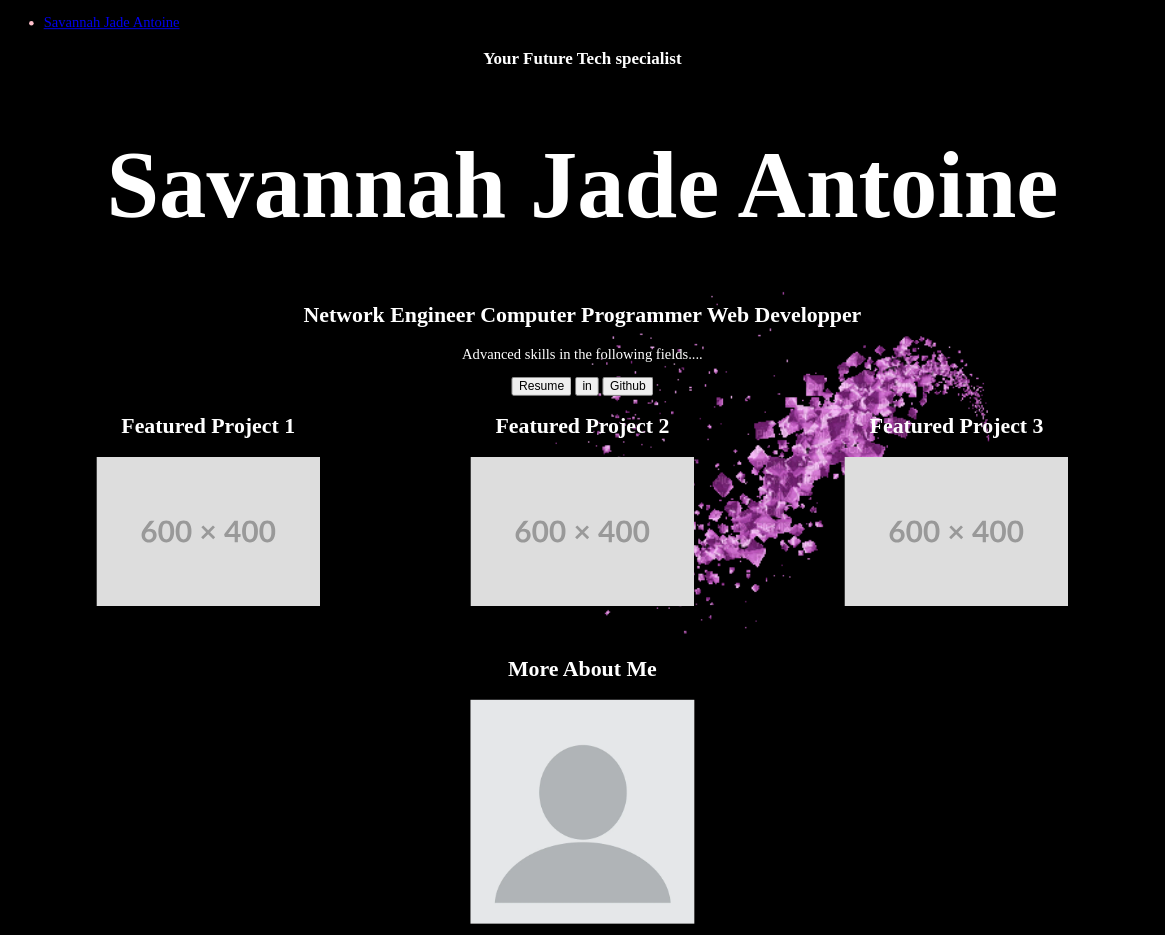
Repository: Savannah-Antoine/Savannah-Antoine
Page: index.html
An editor plug-in stored every save of this project. The page is shown before and after the next save, followed by the edit.
The browser window is 1280 px wide. The pictures show the whole page, at 91% of full size.

Above is the page before, as saved 2026-05-05 15:15:55.

### index.html
<!DOCTYPE html>
<html lang="en">
<head>
    <meta charset="UTF-8">
    <meta name="viewport" content="width=device-width, initial-scale=1.0">
    <link rel = "stylesheet" href = "./styles/index.css" />
    <link rel = "stylesheet" href = "./styles/globals.css" />
    <title>Document</title>
</head>
<body>
<header>
    <nav>
        <ul class = "homeButton">
           <li><a   href = "index.html">Savannah Jade Antoine</a></li>
        </ul>
</nav>
<h3>Your Future Tech specialist</h3>
<h1> Savannah Jade Antoine</h1>
<h2>Network Engineer Computer Programmer Web Developper</h2>
<p> Advanced skills in the following fields....</p>
<button>Resume</button>
<button>in</button>
<button>Github</button>

</header>
<main class = "container">

<section >
<h2>Featured Project 1</h2>
<img src = "./assets/images/placeholder1.svg" alt = "First Portfolio placeholder image" />

</section>

<section>
<h2>Featured Project 2</h2>
<img src = "./assets/images/placeholder1.svg" alt = "Second Portfolio placeholder image" />
</section>
<section>
<h2>Featured Project 3</h2>
<img src = "./assets/images/placeholder1.svg" alt = "Third Portfolio placeholder image" />
</section>

<section>
<h2>More About Me</h2>
<img src = "./assets/images/profilepic.png" alt = "profile picture" />
</section>

</main>

</body>
</html>

### styles/index.css
.container{
   display:flex;
   flex-direction:column;
    justify-content: center;
    gap:2rem;


}
body h1{
    font-size: 3rem;

}

img{
    width: 65%;
    height:auto;
}

@media screen and (min-width: 768px)
{
    body h1{
    font-size: 6.5rem;
}
    section{

    width: 30%;
}

    .container{
          display:flex;
          flex-direction: row;
          flex-wrap: wrap;
          justify-content: center;

    }
}

@media screen and (min-width: 1000px)
{

}

### styles/globals.css
body {
    background-color: black;
  background-image: url(/assets/images/background-pic.gif);
  background-repeat: no-repeat;
  background-size: cover;
  color: white;
  font-size: 16px;
  text-align: center;
}



.homeButton{
    text-align:left;
    color:pink;
}

After the next save:
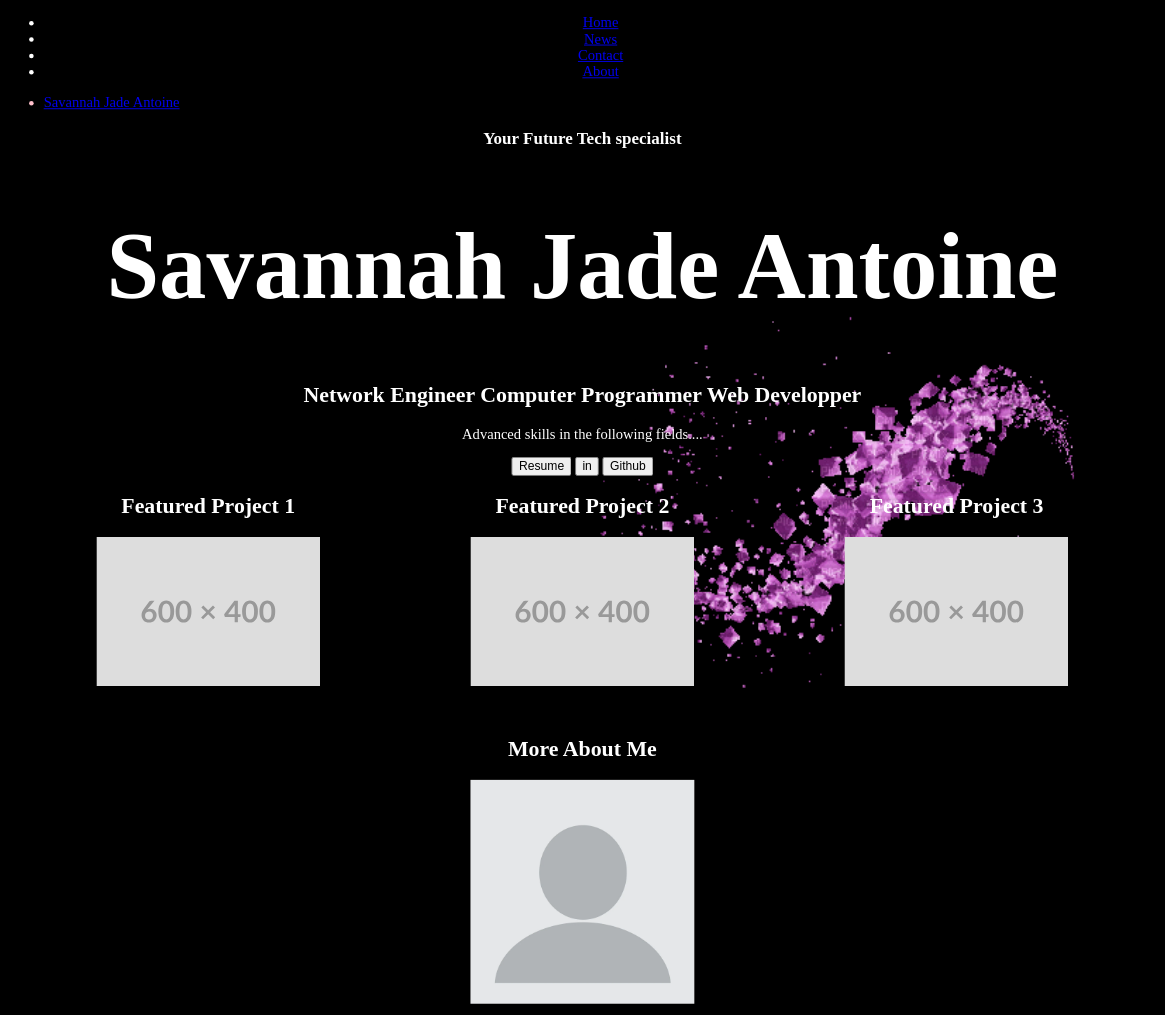
Saved 7 s later.
--- a/index.html
+++ b/index.html
@@ -10,6 +10,12 @@
 <body>
 <header>
     <nav>
+        <ul>
+  <li><a href="default.asp">Home</a></li>
+  <li><a href="news.asp">News</a></li>
+  <li><a href="contact.asp">Contact</a></li>
+  <li><a href="about.asp">About</a></li>
+</ul>
         <ul class = "homeButton">
            <li><a   href = "index.html">Savannah Jade Antoine</a></li>
         </ul>
